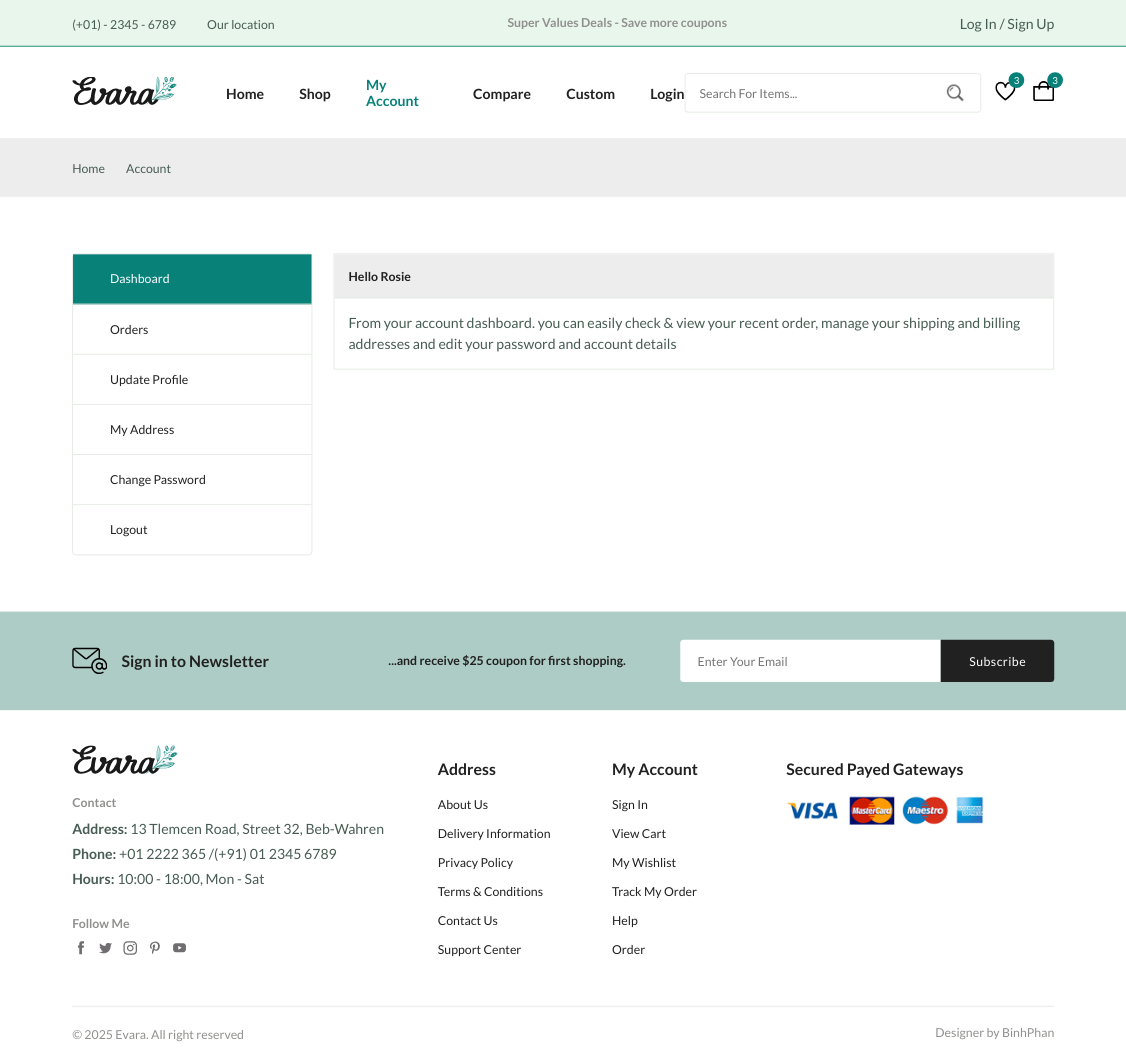
Repository: binhphanbp/evara-ecommerce
Page: accounts.html
These files come from the project's save history. The page is drawn as it stood at one moment and after the next save; the edit follows.
The browser window is 1280 px wide. The pictures show the whole page, at 88% of full size.
Some icons come from a web library that is not loaded, so they are not drawn.

Above is the page before, as saved 2025-06-17 07:58:47.
Console error: ReferenceError: cart is not defined

After the next save:
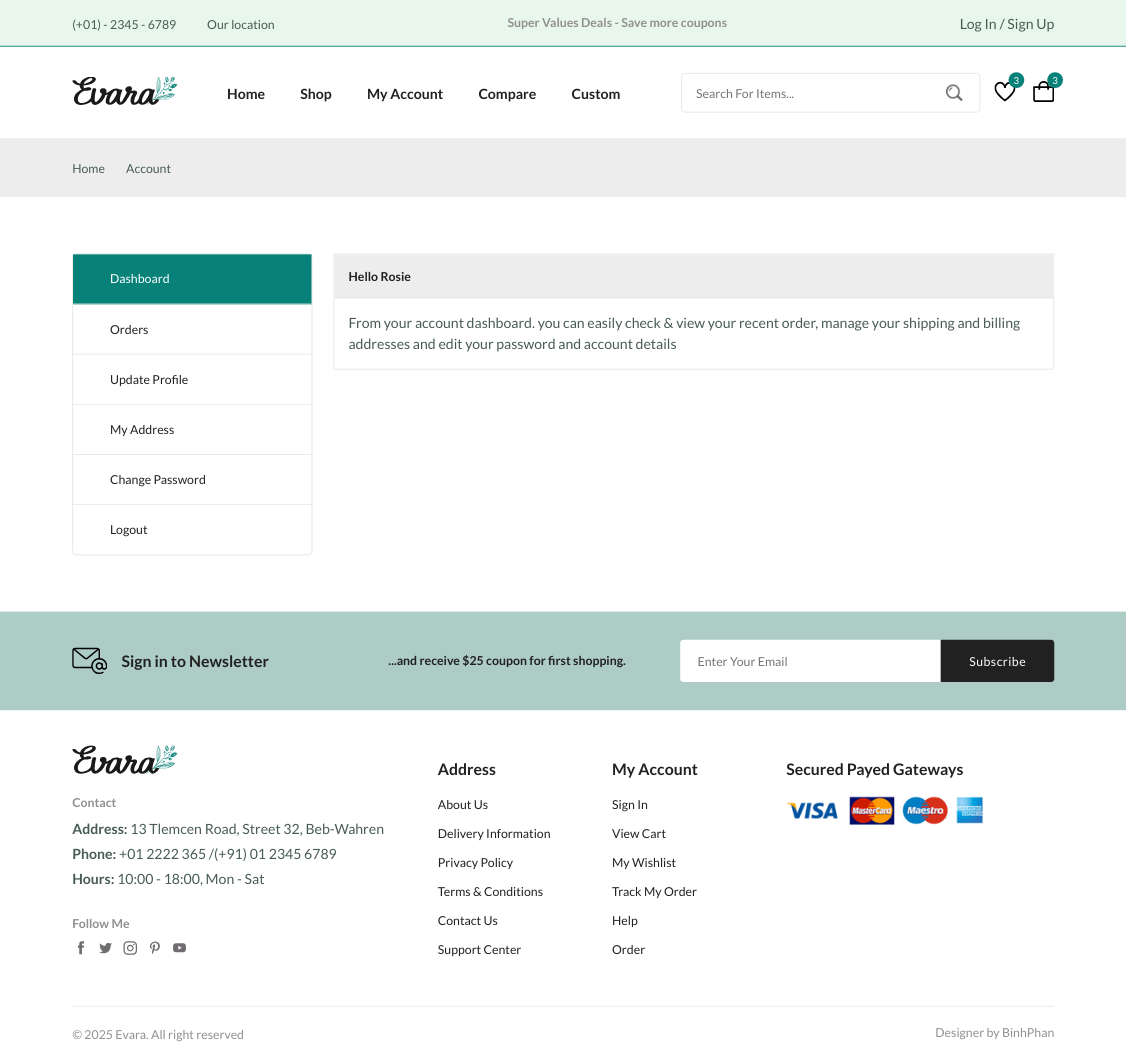
Saved 44 s later.
--- a/accounts.html
+++ b/accounts.html
@@ -56,18 +56,13 @@
               <a href="shop.html" class="nav__link">Shop</a>
             </li>
             <li class="nav__item">
-              <a href="accounts.html" class="nav__link active-link"
-                >My Account</a
-              >
+              <a href="accounts.html" class="nav__link">My Account</a>
             </li>
             <li class="nav__item">
               <a href="compare.html" class="nav__link">Compare</a>
             </li>
             <li class="nav__item">
               <a href="custome-shop.html" class="nav__link">Custom</a>
-            </li>
-            <li class="nav__item">
-              <a href="login-register.html" class="nav__link">Login</a>
             </li>
           </ul>
           <div class="header__search">
